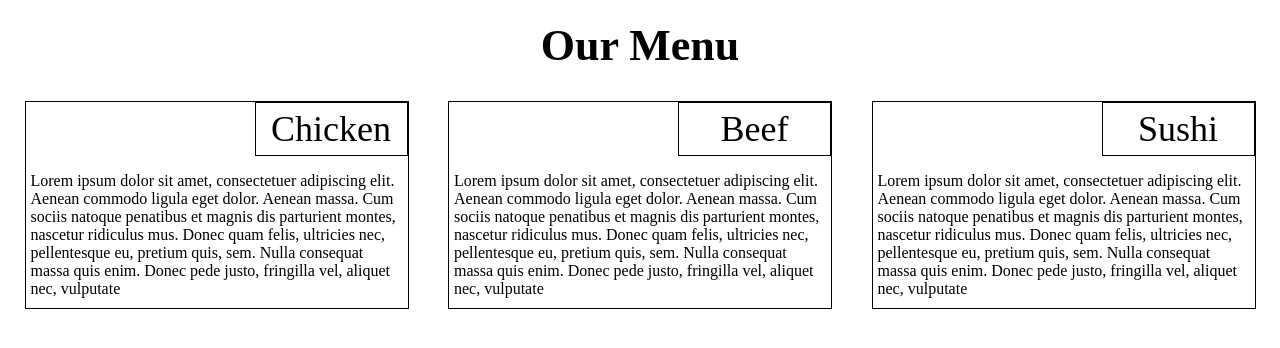
Repository: Normandy72/module2-solution
Page: index.html
An editor plug-in stored every save of this project. The page is shown before and after the next save, followed by the edit.
The browser window is 1280 px wide. The pictures show the whole page.
Some web fonts or font styles are not loaded; a fallback is used.

Above is the page before, as saved 2022-12-05 15:10:10.

After the next save:
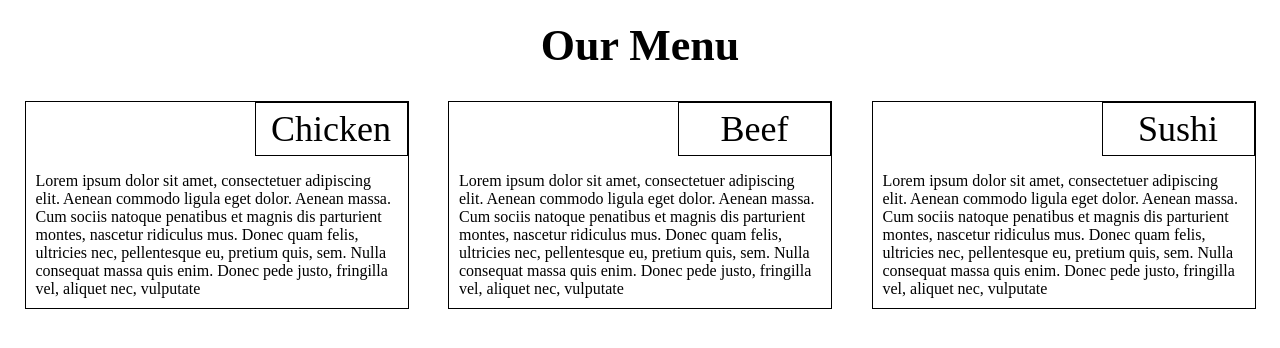
Saved 12 s later.
--- a/styles/style.css
+++ b/styles/style.css
@@ -40,5 +40,5 @@ h1{
 
 .card__text{
     font-size: 1.6rem;
-    padding: 70px 5px 10px;
+    padding: 70px 10px 10px;
 }
